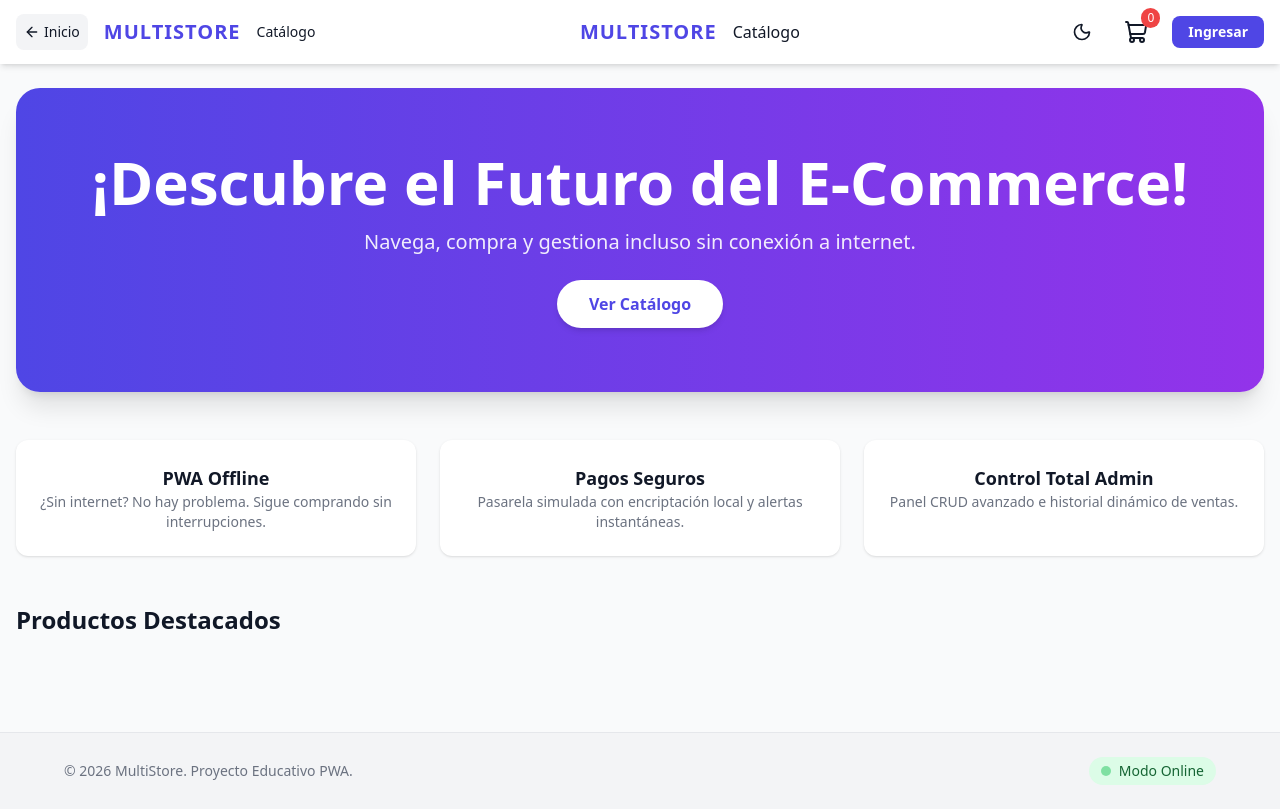
Repository: jamedina22-max/Actividad-de-clase-extra-Jes-s-Medina-
Page: index.html
These files come from the project's save history. The page is drawn as it stood at one moment and after the next save; the edit follows.
The browser window is 1280 px wide. The pictures show the whole page.
The page's requests for data from a server got no answer. Some web libraries are served in a nearby version.

Above is the page before, as saved 2026-06-11 09:41:39.

After the next save:
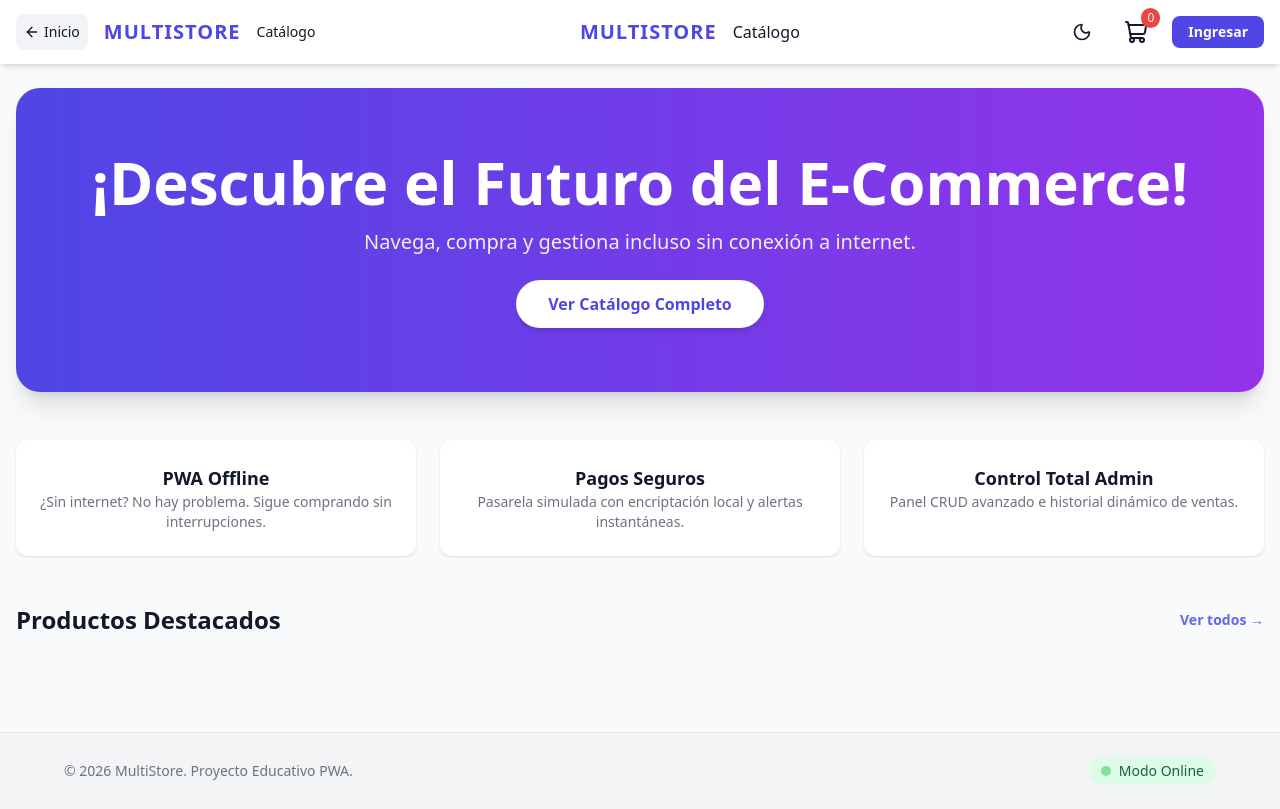
Saved 4 min 42 s later.
--- a/js/app.js
+++ b/js/app.js
@@ -55,13 +55,23 @@ function navigate(view) {
 
 
 function renderLandingPage() {
+
     const products = getLocalData(KEYS.PRODUCTS).slice(0, 4);
 
     let productCards = products.map(p => `
-        <div class="bg-white dark:bg-gray-800 p-4 rounded-xl shadow hover:shadow-lg transition">
-            <img src="${p.image}" class="h-40 mx-auto object-contain mb-4" alt="${p.title}">
-            <h4 class="font-semibold truncate">${p.title}</h4>
-            <p class="text-indigo-600 font-bold mt-2">$${p.price}</p>
+        <div class="bg-white dark:bg-gray-800 p-4 rounded-xl shadow hover:shadow-xl transition flex flex-col justify-between h-full">
+            <div>
+                <img src="${p.image}" class="h-40 mx-auto object-contain mb-4 bg-white p-2 rounded" alt="${p.title}">
+                <h4 class="font-semibold text-sm line-clamp-2">${p.title}</h4>
+                <p class="text-indigo-600 dark:text-indigo-400 font-black text-lg mt-2">$${p.price}</p>
+            </div>
+
+            <div class="mt-4">
+                <button onclick="agregarAlCarrito(${p.id})" class="w-full bg-gray-900 text-white dark:bg-indigo-600 py-2 rounded-lg font-medium text-xs hover:opacity-90 flex items-center justify-center space-x-1 transition">
+                    <i data-lucide="shopping-cart" class="w-3.5 h-3.5"></i>
+                    <span>Agregar al carrito</span>
+                </button>
+            </div>
         </div>
     `).join('');
 
@@ -69,7 +79,7 @@ function renderLandingPage() {
         <section class="bg-gradient-to-r from-indigo-600 to-purple-600 text-white rounded-3xl p-8 md:p-16 text-center mb-12 shadow-xl">
             <h1 class="text-4xl md:text-6xl font-extrabold mb-4">¡Descubre el Futuro del E-Commerce!</h1>
             <p class="text-lg md:text-xl mb-6 opacity-90">Navega, compra y gestiona incluso sin conexión a internet.</p>
-            <button onclick="navigate('catalog')" class="bg-white text-indigo-600 font-bold px-8 py-3 rounded-full shadow-md hover:bg-gray-100 transition">Ver Catálogo</button>
+            <button onclick="navigate('catalog')" class="bg-white text-indigo-600 font-bold px-8 py-3 rounded-full shadow-md hover:bg-gray-100 transition">Ver Catálogo Completo</button>
         </section>
 
         <section class="grid grid-cols-1 md:grid-cols-3 gap-6 mb-12">
@@ -91,8 +101,11 @@ function renderLandingPage() {
         </section>
 
         <section class="mb-12">
-            <h3 class="text-2xl font-bold mb-6">Productos Destacados</h3>
-            <div class="grid grid-cols-2 md:grid-cols-4 gap-4">${productCards}</div>
+            <div class="flex justify-between items-center mb-6">
+                <h3 class="text-2xl font-black">Productos Destacados</h3>
+                <button onclick="navigate('catalog')" class="text-sm font-bold text-indigo-500 hover:underline">Ver todos &rarr;</button>
+            </div>
+            <div class="grid grid-cols-1 sm:grid-cols-2 md:grid-cols-4 gap-6">${productCards}</div>
         </section>
     `;
 }
